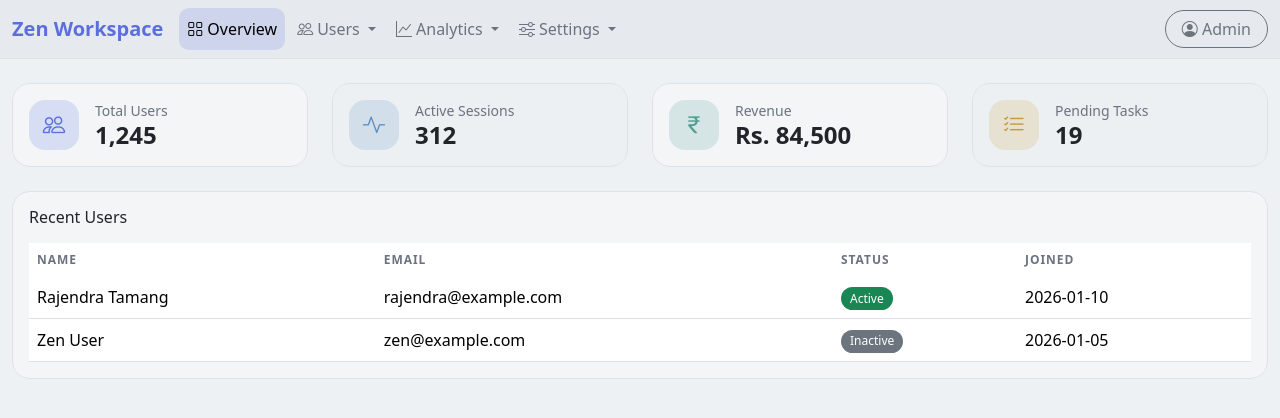
Repository: rajendratamang/bootstrap-dashboard
Page: index.html
The author's editor kept a copy of each file at every save. The page is drawn from the files as they stood at one save, then again after the next save.
The browser window is 1280 px wide. The pictures show the whole page.
Some web fonts or font styles are not loaded; a fallback is used.

Above is the page before, as saved 2026-01-17 13:06:03.

### index.html
<!DOCTYPE html>
<html lang="en">
<head>
    <meta charset="UTF-8">
    <title>Zen Workspace</title>
    <meta name="viewport" content="width=device-width, initial-scale=1">

    <!-- Bootstrap 5 -->
    <link href="https://cdn.jsdelivr.net/npm/bootstrap@5.3.2/dist/css/bootstrap.min.css" rel="stylesheet">

    <!-- Icons -->
    <link href="https://cdn.jsdelivr.net/npm/bootstrap-icons/font/bootstrap-icons.css" rel="stylesheet">

    <!-- Font -->
    <link href="https://fonts.googleapis.com/css2?family=Source+Sans+3:wght@400;500;600;700&display=swap" rel="stylesheet">

    <style>
        /* ======================
           COLOR SYSTEM (SOFT)
        ====================== */
        :root {
            --bg-app: #eef1f4;          /* main background (not white) */
            --bg-nav: #e6eaee;
            --bg-card: #f3f5f7;         /* soft card background */
            --bg-card-alt: #edf0f3;

            --text-main: #1f2937;
            --text-muted: #6b7280;

            --accent-primary: #5b6fdc;  /* muted indigo */
            --accent-success: #4f9d8f;  /* soft teal-green */
            --accent-warning: #c99a3b;  /* warm amber */
            --accent-info: #5c8fbf;     /* muted blue */

            --border-soft: #dde2e7;
        }

        body {
            background: var(--bg-app);
            font-family: "Source Sans 3", system-ui, sans-serif;
            color: var(--text-main);
        }

        /* ======================
           NAVBAR
        ====================== */
        .navbar {
            background: var(--bg-nav);
            border-bottom: 1px solid var(--border-soft);
        }

        .navbar-brand {
            font-weight: 600;
            color: var(--accent-primary);
        }

        .nav-link {
            color: var(--text-muted);
            font-weight: 500;
            border-radius: 10px;
            padding: .55rem .9rem;
            transition: all .2s ease;
        }

        .nav-link:hover {
            background: rgba(91,111,220,.12);
            color: var(--accent-primary);
        }

        .nav-link.active {
            background: rgba(91,111,220,.18);
            color: var(--accent-primary);
        }

        /* ======================
           DROPDOWN MENUS
        ====================== */
        .dropdown-menu {
            background: #f0f3f6;
            border: 1px solid var(--border-soft);
            border-radius: 14px;
            box-shadow: 0 18px 40px rgba(0,0,0,.08);
        }

        .dropdown-item {
            border-radius: 10px;
            font-weight: 500;
            color: var(--text-main);
        }

        .dropdown-item:hover {
            background: rgba(91,111,220,.12);
            color: var(--accent-primary);
        }

        /* ======================
           CARDS
        ====================== */
        .card {
            background: var(--bg-card);
            border: 1px solid var(--border-soft);
            border-radius: 18px;
            transition: all .25s ease;
        }

        .card.alt {
            background: var(--bg-card-alt);
        }

        .card:hover {
            transform: translateY(-2px);
            box-shadow: 0 16px 32px rgba(0,0,0,.06);
        }

        /* ======================
           STATS
        ====================== */
        .stat {
            display: flex;
            gap: 16px;
            align-items: center;
        }

        .stat-icon {
            width: 50px;
            height: 50px;
            border-radius: 16px;
            display: flex;
            align-items: center;
            justify-content: center;
            font-size: 1.4rem;
        }

        .soft-primary { background: rgba(91,111,220,.18); color: var(--accent-primary); }
        .soft-success { background: rgba(79,157,143,.18); color: var(--accent-success); }
        .soft-warning { background: rgba(201,154,59,.18); color: var(--accent-warning); }
        .soft-info { background: rgba(92,143,191,.18); color: var(--accent-info); }

        .stat small {
            color: var(--text-muted);
            display: block;
        }

        .stat h4 {
            margin: 0;
            font-weight: 600;
        }

        /* ======================
           TABLE
        ====================== */
        .table {
            background: transparent;
        }

        .table thead th {
            font-size: .75rem;
            text-transform: uppercase;
            letter-spacing: .08em;
            color: var(--text-muted);
            border-bottom: none;
        }

        .table tbody tr {
            border-radius: 12px;
            transition: background .2s ease;
        }

        .table tbody tr:hover {
            background: rgba(0,0,0,.035);
        }

        /* ======================
           BADGES
        ====================== */
        .badge {
            border-radius: 999px;
            padding: .45em .75em;
            font-weight: 500;
        }

        /* ======================
           PAGE ANIMATION
        ====================== */
        .page-enter {
            animation: fadeSoft .5s ease forwards;
        }

        @keyframes fadeSoft {
            from { opacity: 0; transform: translateY(8px); }
            to { opacity: 1; transform: translateY(0); }
        }
    </style>
</head>
<body>

<!-- NAVBAR -->
<nav class="navbar navbar-expand-lg sticky-top">
    <div class="container-fluid">
        <a class="navbar-brand" href="#">Zen Workspace</a>

        <button class="navbar-toggler" data-bs-toggle="collapse" data-bs-target="#topNav">
            <span class="navbar-toggler-icon"></span>
        </button>

        <div class="collapse navbar-collapse" id="topNav">
            <ul class="navbar-nav me-auto gap-1">
                <li class="nav-item"><a class="nav-link active" href="#"><i class="bi bi-grid me-1"></i>Overview</a></li>

                <!-- DROPDOWN -->
                <li class="nav-item dropdown">
                    <a class="nav-link dropdown-toggle" data-bs-toggle="dropdown">
                        <i class="bi bi-people me-1"></i>Users
                    </a>
                    <ul class="dropdown-menu">
                        <li><a class="dropdown-item" href="#">All Users</a></li>
                        <li><a class="dropdown-item" href="#">Active Users</a></li>
                        <li><a class="dropdown-item" href="#">Roles & Permissions</a></li>
                    </ul>
                </li>

                <li class="nav-item dropdown">
                    <a class="nav-link dropdown-toggle" data-bs-toggle="dropdown">
                        <i class="bi bi-graph-up me-1"></i>Analytics
                    </a>
                    <ul class="dropdown-menu">
                        <li><a class="dropdown-item" href="#">Reports</a></li>
                        <li><a class="dropdown-item" href="#">Revenue</a></li>
                        <li><a class="dropdown-item" href="#">Performance</a></li>
                    </ul>
                </li>

                <li class="nav-item dropdown">
                    <a class="nav-link dropdown-toggle" data-bs-toggle="dropdown">
                        <i class="bi bi-sliders me-1"></i>Settings
                    </a>
                    <ul class="dropdown-menu">
                        <li><a class="dropdown-item" href="#">General</a></li>
                        <li><a class="dropdown-item" href="#">Security</a></li>
                        <li><a class="dropdown-item" href="#">Billing</a></li>
                    </ul>
                </li>
            </ul>

            <!-- USER MENU -->
            <div class="dropdown">
                <a class="btn btn-outline-secondary rounded-pill px-3" data-bs-toggle="dropdown">
                    <i class="bi bi-person-circle"></i> Admin
                </a>
                <ul class="dropdown-menu dropdown-menu-end">
                    <li><a class="dropdown-item" href="#">Profile</a></li>
                    <li><a class="dropdown-item" href="#">Preferences</a></li>
                    <li><a class="dropdown-item" href="#">Activity Log</a></li>
                    <li><hr class="dropdown-divider"></li>
                    <li><a class="dropdown-item text-danger" href="#">Logout</a></li>
                </ul>
            </div>
        </div>
    </div>
</nav>

<!-- CONTENT -->
<div class="container-fluid py-4 page-enter">
    <div class="row g-4">

        <!-- STATS -->
        <div class="col-md-3">
            <div class="card p-3">
                <div class="stat">
                    <div class="stat-icon soft-primary"><i class="bi bi-people"></i></div>
                    <div>
                        <small>Total Users</small>
                        <h4>1,245</h4>
                    </div>
                </div>
            </div>
        </div>

        <div class="col-md-3">
            <div class="card p-3 alt">
                <div class="stat">
                    <div class="stat-icon soft-info"><i class="bi bi-activity"></i></div>
                    <div>
                        <small>Active Sessions</small>
                        <h4>312</h4>
                    </div>
                </div>
            </div>
        </div>

        <div class="col-md-3">
            <div class="card p-3">
                <div class="stat">
                    <div class="stat-icon soft-success"><i class="bi bi-currency-rupee"></i></div>
                    <div>
                        <small>Revenue</small>
                        <h4>Rs. 84,500</h4>
                    </div>
                </div>
            </div>
        </div>

        <div class="col-md-3">
            <div class="card p-3 alt">
                <div class="stat">
                    <div class="stat-icon soft-warning"><i class="bi bi-list-check"></i></div>
                    <div>
                        <small>Pending Tasks</small>
                        <h4>19</h4>
                    </div>
                </div>
            </div>
        </div>

        <!-- TABLE -->
        <div class="col-12">
            <div class="card p-3">
                <h6 class="mb-3">Recent Users</h6>
                <table class="table align-middle mb-0">
                    <thead>
                    <tr>
                        <th>Name</th>
                        <th>Email</th>
                        <th>Status</th>
                        <th>Joined</th>
                    </tr>
                    </thead>
                    <tbody>
                    <tr>
                        <td>Rajendra Tamang</td>
                        <td>rajendra@example.com</td>
                        <td><span class="badge bg-success">Active</span></td>
                        <td>2026-01-10</td>
                    </tr>
                    <tr>
                        <td>Zen User</td>
                        <td>zen@example.com</td>
                        <td><span class="badge bg-secondary">Inactive</span></td>
                        <td>2026-01-05</td>
                    </tr>
                    </tbody>
                </table>
            </div>
        </div>

    </div>
</div>

<!-- Bootstrap JS -->
<script src="https://cdn.jsdelivr.net/npm/bootstrap@5.3.2/dist/js/bootstrap.bundle.min.js"></script>

</body>
</html>

After the next save:
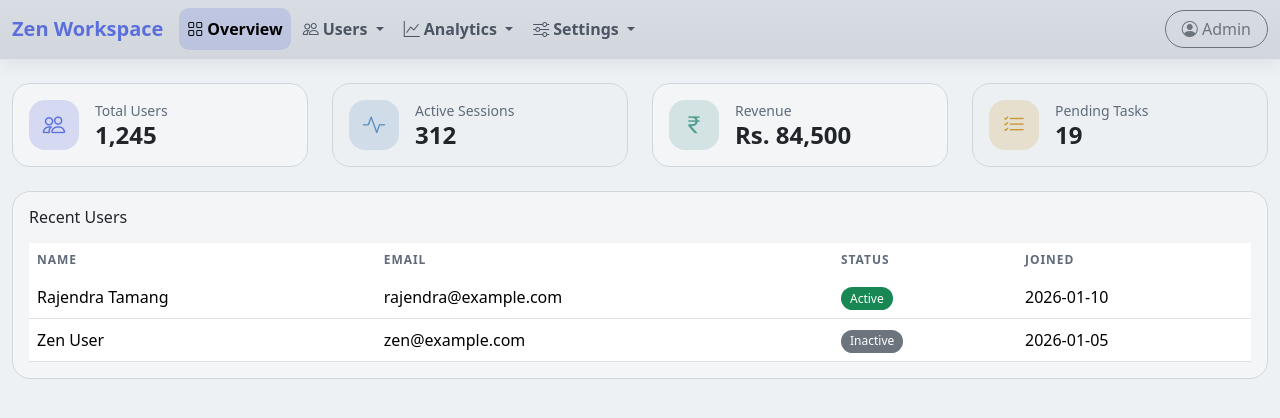
Saved 74 s later.
--- a/index.html
+++ b/index.html
@@ -8,7 +8,7 @@
     <!-- Bootstrap 5 -->
     <link href="https://cdn.jsdelivr.net/npm/bootstrap@5.3.2/dist/css/bootstrap.min.css" rel="stylesheet">
 
-    <!-- Icons -->
+    <!-- Bootstrap Icons -->
     <link href="https://cdn.jsdelivr.net/npm/bootstrap-icons/font/bootstrap-icons.css" rel="stylesheet">
 
     <!-- Font -->
@@ -16,23 +16,23 @@
 
     <style>
         /* ======================
-           COLOR SYSTEM (SOFT)
+           COLOR SYSTEM
         ====================== */
         :root {
-            --bg-app: #eef1f4;          /* main background (not white) */
-            --bg-nav: #e6eaee;
-            --bg-card: #f3f5f7;         /* soft card background */
+            --bg-app: #eef1f4;
+            --bg-nav: #d8dde3;          /* darker header */
+            --bg-card: #f3f5f7;
             --bg-card-alt: #edf0f3;
 
             --text-main: #1f2937;
-            --text-muted: #6b7280;
-
-            --accent-primary: #5b6fdc;  /* muted indigo */
-            --accent-success: #4f9d8f;  /* soft teal-green */
-            --accent-warning: #c99a3b;  /* warm amber */
-            --accent-info: #5c8fbf;     /* muted blue */
-
-            --border-soft: #dde2e7;
+            --text-muted: #5f6b7a;
+
+            --accent-primary: #5b6fdc;
+            --accent-success: #4f9d8f;
+            --accent-warning: #c99a3b;
+            --accent-info: #5c8fbf;
+
+            --border-soft: #cfd6de;
         }
 
         body {
@@ -45,8 +45,9 @@
            NAVBAR
         ====================== */
         .navbar {
-            background: var(--bg-nav);
+            background: linear-gradient(to bottom, #d8dde3, #d2d7dd);
             border-bottom: 1px solid var(--border-soft);
+            box-shadow: 0 6px 18px rgba(0,0,0,.06);
         }
 
         .navbar-brand {
@@ -55,25 +56,25 @@
         }
 
         .nav-link {
-            color: var(--text-muted);
-            font-weight: 500;
+            color: #4b5563;
+            font-weight: 600;
             border-radius: 10px;
             padding: .55rem .9rem;
             transition: all .2s ease;
         }
 
         .nav-link:hover {
-            background: rgba(91,111,220,.12);
+            background: rgba(91,111,220,.14);
             color: var(--accent-primary);
         }
 
         .nav-link.active {
-            background: rgba(91,111,220,.18);
+            background: rgba(91,111,220,.2);
             color: var(--accent-primary);
         }
 
         /* ======================
-           DROPDOWN MENUS
+           DROPDOWNS
         ====================== */
         .dropdown-menu {
             background: #f0f3f6;
@@ -85,7 +86,6 @@
         .dropdown-item {
             border-radius: 10px;
             font-weight: 500;
-            color: var(--text-main);
         }
 
         .dropdown-item:hover {
@@ -131,10 +131,10 @@
             font-size: 1.4rem;
         }
 
-        .soft-primary { background: rgba(91,111,220,.18); color: var(--accent-primary); }
-        .soft-success { background: rgba(79,157,143,.18); color: var(--accent-success); }
-        .soft-warning { background: rgba(201,154,59,.18); color: var(--accent-warning); }
-        .soft-info { background: rgba(92,143,191,.18); color: var(--accent-info); }
+        .soft-primary { background: rgba(91,111,220,.2); color: var(--accent-primary); }
+        .soft-success { background: rgba(79,157,143,.2); color: var(--accent-success); }
+        .soft-warning { background: rgba(201,154,59,.2); color: var(--accent-warning); }
+        .soft-info { background: rgba(92,143,191,.2); color: var(--accent-info); }
 
         .stat small {
             color: var(--text-muted);
@@ -149,10 +149,6 @@
         /* ======================
            TABLE
         ====================== */
-        .table {
-            background: transparent;
-        }
-
         .table thead th {
             font-size: .75rem;
             text-transform: uppercase;
@@ -161,11 +157,6 @@
             border-bottom: none;
         }
 
-        .table tbody tr {
-            border-radius: 12px;
-            transition: background .2s ease;
-        }
-
         .table tbody tr:hover {
             background: rgba(0,0,0,.035);
         }
@@ -194,7 +185,7 @@
 </head>
 <body>
 
-<!-- NAVBAR -->
+<!-- HEADER -->
 <nav class="navbar navbar-expand-lg sticky-top">
     <div class="container-fluid">
         <a class="navbar-brand" href="#">Zen Workspace</a>
@@ -205,9 +196,10 @@
 
         <div class="collapse navbar-collapse" id="topNav">
             <ul class="navbar-nav me-auto gap-1">
-                <li class="nav-item"><a class="nav-link active" href="#"><i class="bi bi-grid me-1"></i>Overview</a></li>
-
-                <!-- DROPDOWN -->
+                <li class="nav-item">
+                    <a class="nav-link active" href="#"><i class="bi bi-grid me-1"></i>Overview</a>
+                </li>
+
                 <li class="nav-item dropdown">
                     <a class="nav-link dropdown-toggle" data-bs-toggle="dropdown">
                         <i class="bi bi-people me-1"></i>Users
@@ -242,7 +234,6 @@
                 </li>
             </ul>
 
-            <!-- USER MENU -->
             <div class="dropdown">
                 <a class="btn btn-outline-secondary rounded-pill px-3" data-bs-toggle="dropdown">
                     <i class="bi bi-person-circle"></i> Admin
@@ -259,7 +250,7 @@
     </div>
 </nav>
 
-<!-- CONTENT -->
+<!-- MAIN CONTENT -->
 <div class="container-fluid py-4 page-enter">
     <div class="row g-4">
 
